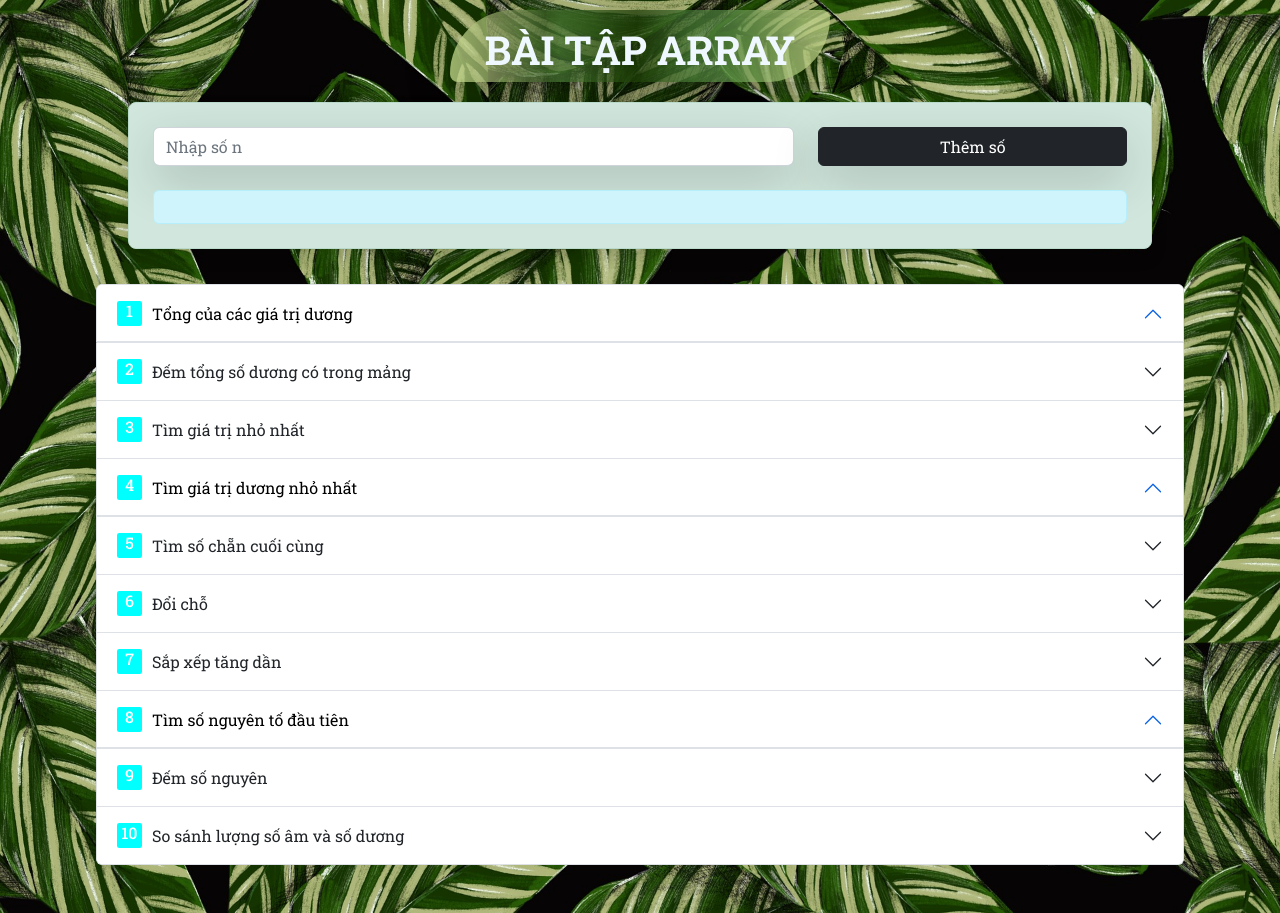
Repository: hcozyph/TranHuuPhuoc_BC43_BT_JS_Buoi7_8_ARRAY
Page: index.html
An editor plug-in stored every save of this project. The page is shown before and after the next save, followed by the edit.
The browser window is 1280 px wide. The pictures show the whole page.
Backgrounds fixed to the window are drawn as part of the page.

Above is the page before, as saved 2023-02-26 13:17:29.

After the next save:
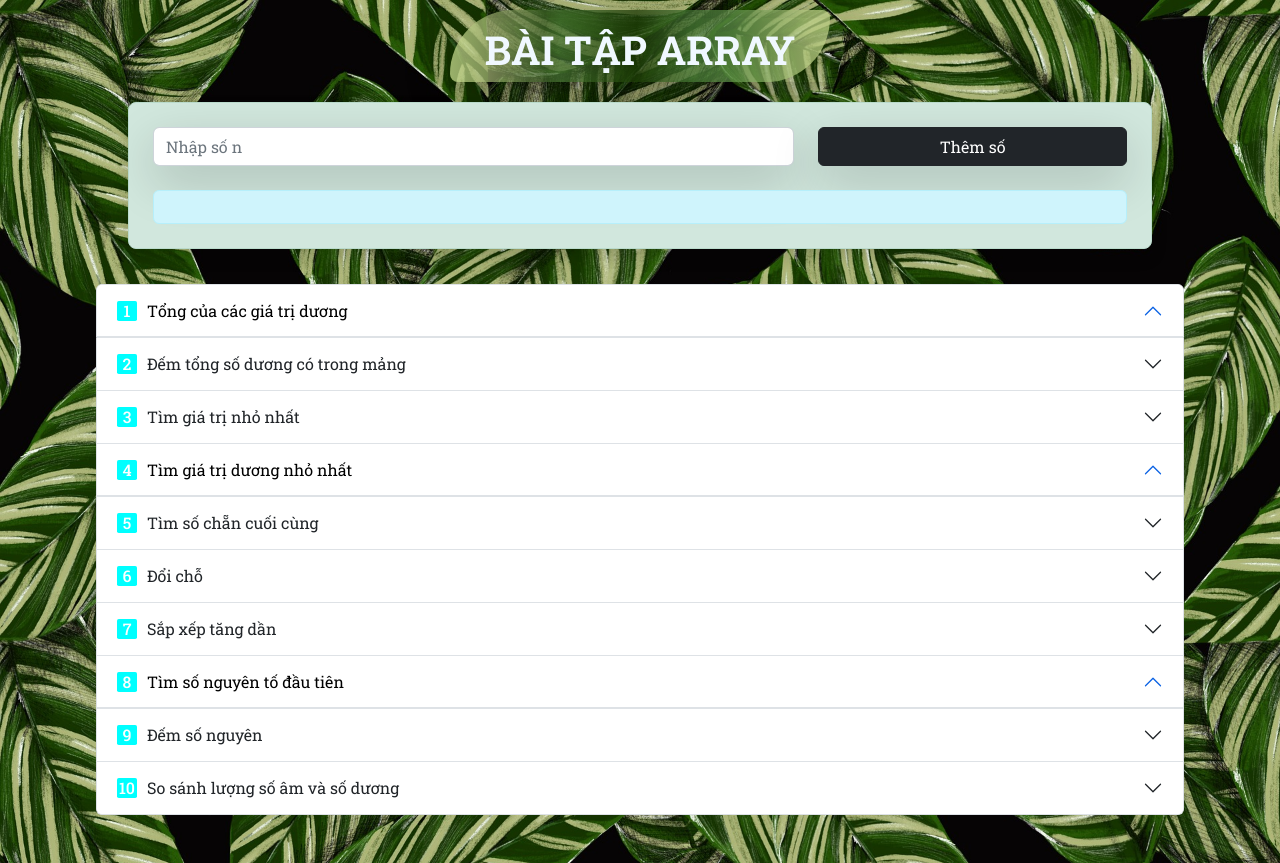
Saved 8 s later.
--- a/css/index.css
+++ b/css/index.css
@@ -79,8 +79,8 @@
 .numberList {
     display: inline-block;
     margin-right: 10px;
-    width: 25px;
-    height: 25px;
+    width: 20px;
+    height: 20px;
     background-color: aqua;
     color: white;
     font-weight: 500;
